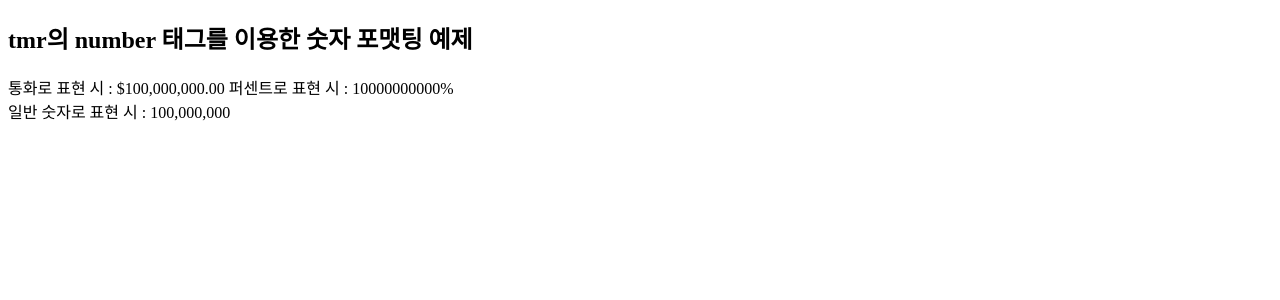
Repository: yw-son/yw-son
Page: http://localhost/pro14/jstl/formatTest.jsp
An editor plug-in stored every save of this project. The page is shown before and after the next save, followed by the edit.
The browser window is 1280 px wide. The pictures show the whole page.
The page is served by Tomcat 9. Other server files are loaded and not shown.

Above is the page before, as saved 2023-06-16 05:32:33.

### pro14/src/main/webapp/jstl/formatTest.jsp
<%@ page language="java" contentType="text/html; charset=UTF-8"
    pageEncoding="UTF-8"%>
<%@ taglib prefix="c" uri="http://java.sun.com/jsp/jstl/core" %>
<%@ taglib prefix="fmt" uri="http://java.sun.com/jsp/jstl/fmt" %>
<!DOCTYPE html>
<html>
<head>
<meta charset="UTF-8">
<title>formatTest.jsp</title>
</head>
<body>
	<h2>tmr의 number 태그를 이용한 숫자 포맷팅 예제</h2>
	<c:set var="price" value="100000000" />
	<fmt:formatNumber value="${price}" type="number" var="priceNumber" />
		통화로 표현 시 :
	<fmt:formatNumber type="currency" currencySymbol="$" value="${price}"
						groupingUsed="true" />
		퍼센트로 표현 시 :
	<fmt:formatNumber value="${price}" type="percent" groupingUsed="false" /> <br>
	일반 숫자로 표현 시 : ${priceNumber} <br>
</body>
</html>

After the next save:
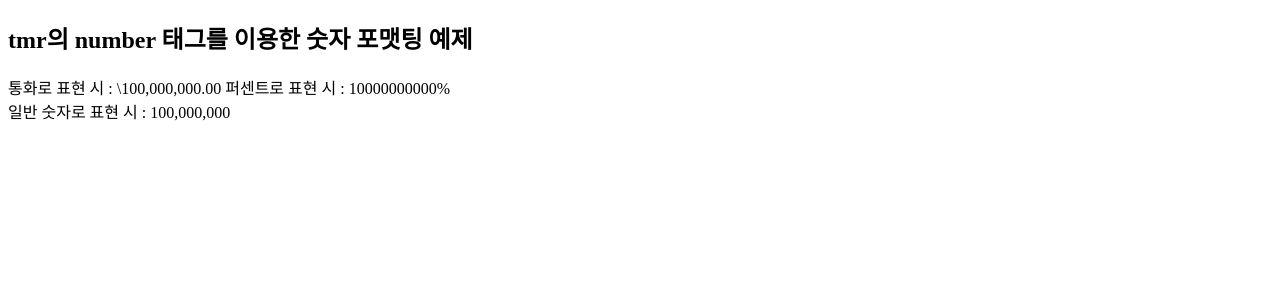
Saved 72 s later.
--- a/pro14/src/main/webapp/jstl/formatTest.jsp
+++ b/pro14/src/main/webapp/jstl/formatTest.jsp
@@ -13,7 +13,7 @@
 	<c:set var="price" value="100000000" />
 	<fmt:formatNumber value="${price}" type="number" var="priceNumber" />
 		통화로 표현 시 :
-	<fmt:formatNumber type="currency" currencySymbol="$" value="${price}"
+	<fmt:formatNumber type="currency" currencySymbol="\\" value="${price}"
 						groupingUsed="true" />
 		퍼센트로 표현 시 :
 	<fmt:formatNumber value="${price}" type="percent" groupingUsed="false" /> <br>
